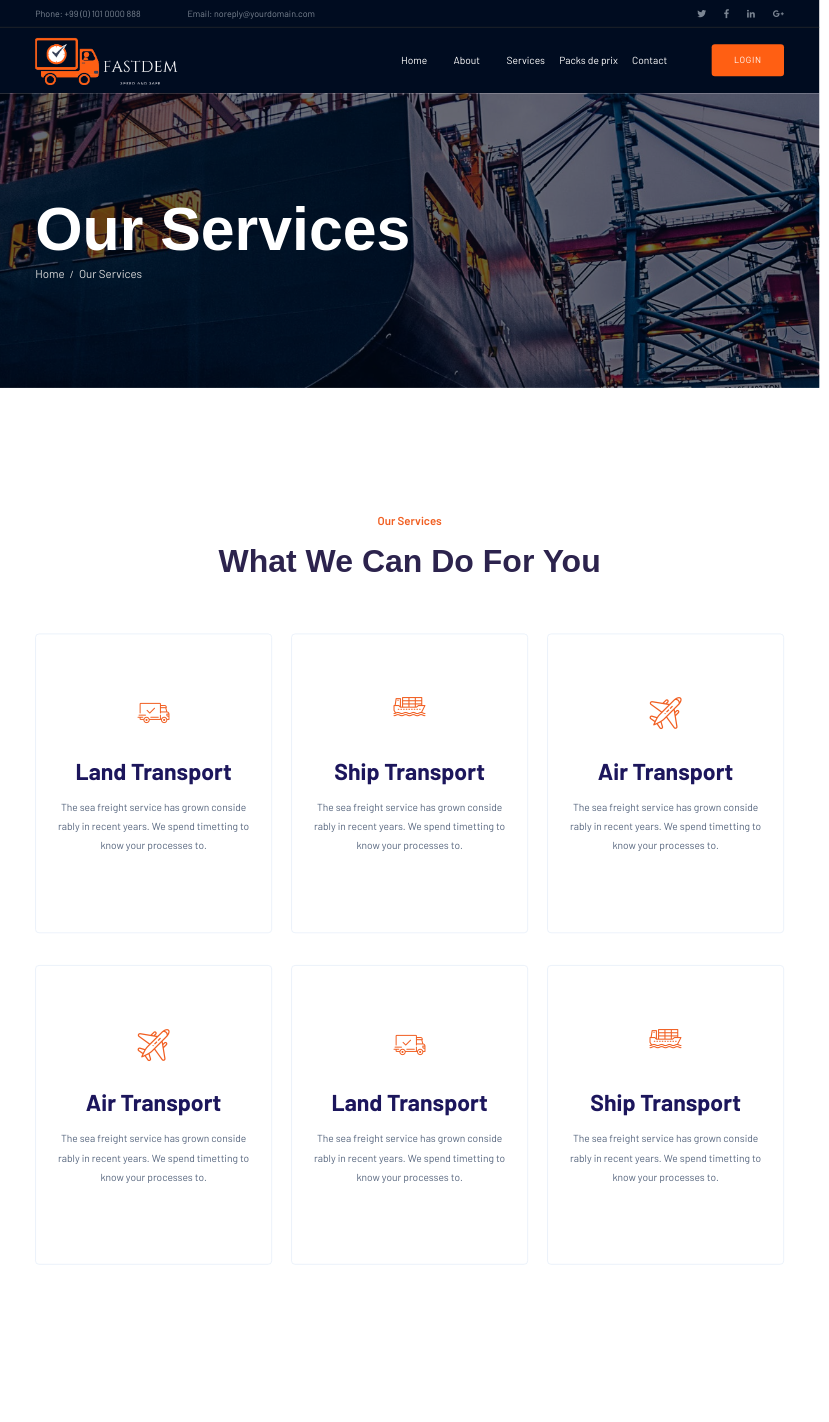
Repository: adamprefo/fastdemTFE
Page: http://localhost/services
An editor plug-in stored every save of this project. The page is shown before and after the next save, followed by the edit.
The browser window is 1280 px wide. The page is 1295 px wide, so the pictures cover 1295 px, including what lies to the right of the window. The pictures show the whole page, at 64% of full size.
Some web fonts or font styles are not loaded; a fallback is used. The page is served by the project's Laravel application, run on PHP 8.4 with Laravel 8.

Above is the page before, as saved 2021-10-05 13:49:32.

After the next save:
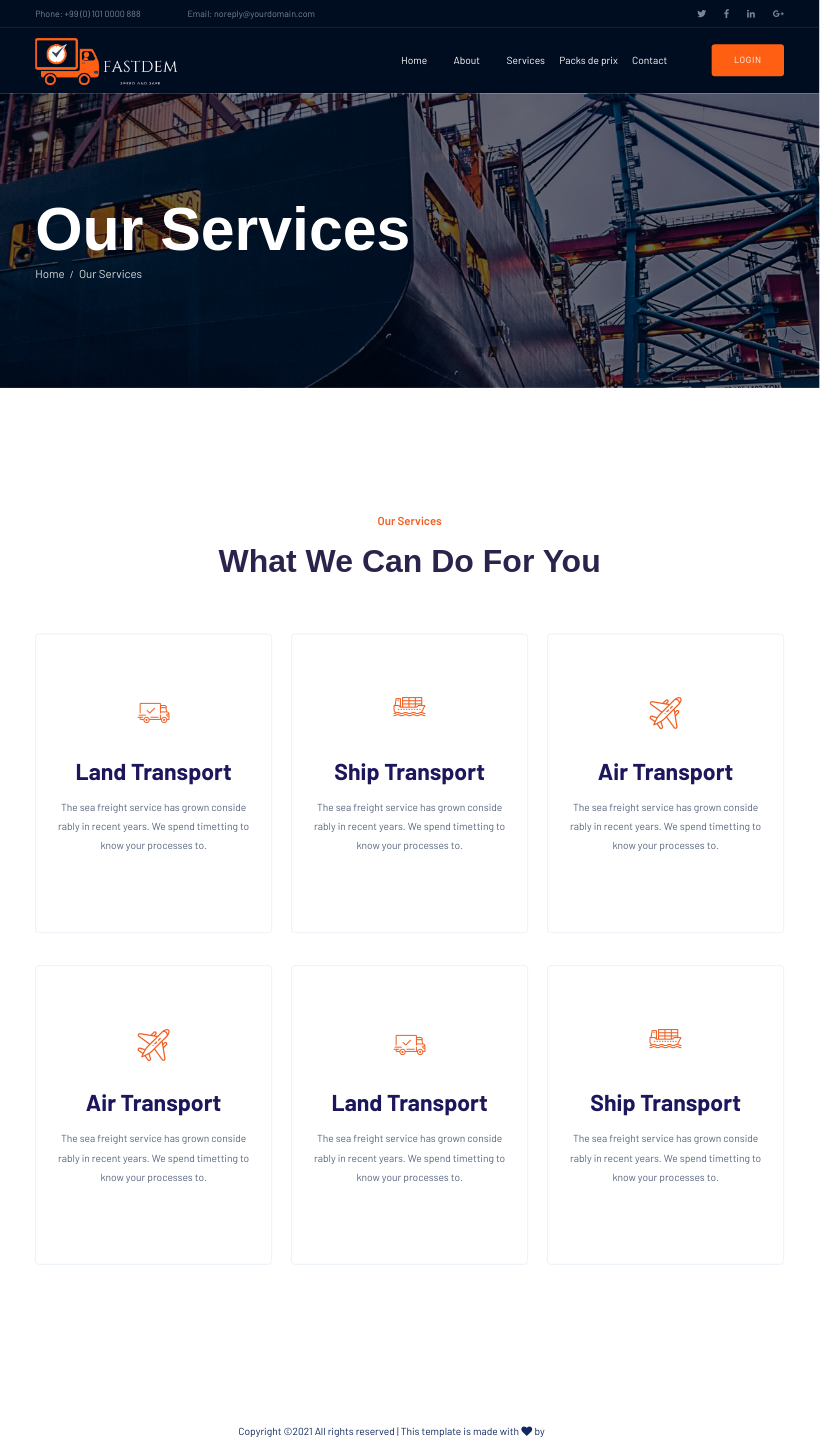
Saved 9 s later.
--- a/resources/views/services.blade.php
+++ b/resources/views/services.blade.php
@@ -240,7 +240,11 @@
                 <div class="footer-bottom">
                     <div class="row d-flex align-items-center">
                         <div class="col-lg-12">
-
+                            <div class="footer-copy-right text-center">
+                                <p><!-- Link back to Colorlib can't be removed. Template is licensed under CC BY 3.0. -->
+  Copyright &copy;<script>document.write(new Date().getFullYear());</script> All rights reserved | This template is made with <i class="fa fa-heart" aria-hidden="true"></i> by <a href="https://colorlib.com" target="_blank">Colorlib</a>
+  <!-- Link back to Colorlib can't be removed. Template is licensed under CC BY 3.0. --></p>
+                            </div>
                         </div>
                     </div>
                 </div>
